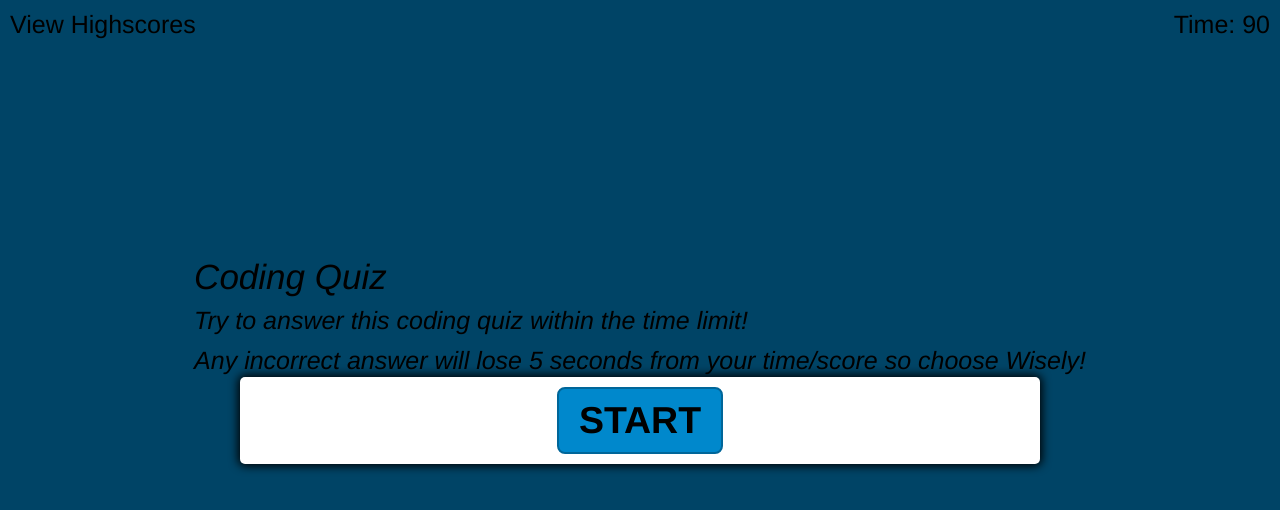
Repository: Vshepard879/Code-Quiz
Page: index.html
An editor plug-in stored every save of this project. The page is shown before and after the next save, followed by the edit.
The browser window is 1280 px wide. The pictures show the whole page.

Above is the page before, as saved 2022-03-20 03:32:10.

### index.html
<!DOCTYPE html>
<html lang="en">
<head>
    <meta charset="UTF-8">
    <meta http-equiv="X-UA-Compatible" content="IE=edge">
    <meta name="viewport" content="width=device-width, initial-scale=1.0">
    <link href="./assets/css/style.css" link rel="stylesheet">
    <script defer src="./assets/js/script.js"></script>
    <script defer src="./assets/js/questions.js"></script>
    <title>Quiz App</title>
</head>

<body>
    <header>Coding Quiz
<br>
        <a>
            Try to answer this coding quiz within the time limit!
            <br>
            Any incorrect answer will lose 5 seconds from your time/score so choose Wisely!
        </a>
    </header>
    <div class ="scores"><a href="score.html">View Highscores</a></div>

    <div class="timer">Time: <span id="time">90</span></div>

    <!--Start Quiz Container-->
    <div class="container">
        <div id="question-container" class="hide">
                <div id="question">Question</div>
                <div id="answer-buttons" class="btn-grid">
                <button class="btn">Answer 1</button>
                <button class="btn">Answer 2</button>
                <button class="btn">Answer 3</button>
                <button class="btn">Answer 4</button>
            </div>
        </div>
        <div class="controls counts">
            <button id="start-btn" class="start-btn btn">START</button>
        </div>

        <div id="end-screen" class="hide">
            <h2>All done!</h2>
            <p>Your final score is <span id="final-score"></span>.</p>
            <p>
              Enter initials: <input type="text" id="initials-input-field" max="3" />
              <button id="submit-btn">Submit</button>
            </p>
          </div>



    </div>
</body>
</html>

### assets/css/style.css
*, *::before, *::after {
    box-sizing: border-box;
    font-family: 'Franklin Gothic Medium', 'Arial Narrow', Arial, sans-serif;
    font-size: 25px;
}

:root {
    --hue-neutral: 200;


}

header {
    font-style: italic;
    font-size: 35px;
    position: center;
}
body{
    --hue: var(--hue-neutral);
    padding: 0;
    margin: 0;
    display: flex;
    flex-direction: column;
    width: 100vw;
    height: 100vh;
    justify-content:center;
    align-items:center;
    background-color:hsl(var(--hue), 100%, 20%);
}

.hide {
    display: none;
  }
.scores {
    position: absolute;
    top: 10px;
    left: 10px;
  }

  .timer {
    position: absolute;
    top: 10px;
    right: 10px;}

    a {
        color: black;
        text-decoration: none;
        transition: color 0.1s;
      }

      a:hover {
        color: #70707a;}


 .container {
    width: 800px;
    max-width: 70%;
    background-color: white;
    border-radius: 5px;
    padding: 10px;
    box-shadow: 0 0 10px 2px;
}

.hide {
    display: none;
  }

  .start {
    text-align: center;
  }

  .scores {
    position: absolute;
    top: 10px;
    left: 10px;
    color:aliceblue;
  }



  .timer {
    position: absolute;
    top: 10px;
    right: 10px;
  }

  a {
    color: black;
    text-decoration: none;
    transition: color 0.1s;
  }
.btn-grid {
    display: grid;
    grid-template-columns: repeat(2, auto);
    gap: 15px;
    margin: 20px 0;
}


.btn {
    --hue: var(--hue-neutral);
    border: 2px solid hsl(var(--hue),100%, 30%);
    background-color: hsl(var(--hue), 100%, 40%);
    border-radius: 8px;
    padding: 5px 10px;
    color: black;
    outline: none;
}

.btn:hover {
    border-color: black;
}


.start-btn {
    font-size: 1.5rem;
    font-weight: bold;
    padding: 10px 20px;
}

.controls {
    display: flex;
    justify-content: center;
    align-items: center;
    gap: 5px;
}

.hide {
    display: none;
}

### assets/js/script.js
const startButton = document.getElementById('start-btn');
const questionContainerElement = document.getElementById('question-container');
const questionElement = document.getElementById( 'question');
const answerButtonsElement = document.getElementById('answer-buttons');
var timerEl = document.getElementById('time');
const submitButton = document.getElementById('submit-btn')
const endScreen = document.getElementById('end-screen')
var shuffledQuestions, currentQuestionIndex, currentScore
var timer
var timeRemaining = 90
var initialsInputFieldEl =  document.getElementById('initials-input-field')

startButton.addEventListener('click', startQuiz)
submitButton.addEventListener('click', submitScore)
// function that starts the Quiz

function startQuiz() {
    if (!endScreen.classList.contains('hide')) {
        endScreen.classList.add('hide')
    }


    startButton.classList.add("hide")
    // randomizes question order
    shuffledQuestions = questions.sort(() => Math.random() - .5)
    currentQuestionIndex = 0
    currentScore = 0
    questionContainerElement.classList.remove("hide")
    setNextQuestion()
    startTimer()

}

function startTimer() {
    timeRemaining = 90
    timer = setInterval(updateRemainingTime, 1000)
}

function updateRemainingTime() {
    timeRemaining--
    timerEl.textContent = timeRemaining
    if (timeRemaining <= 0){
        endQuiz()
    }

}

function setNextQuestion() {
    resetState()
    showQuestion(shuffledQuestions[currentQuestionIndex])
    }
function showQuestion(question) {
    questionElement.innerText =question.question
    question.answers.forEach(answer => {
        const button = document.createElement('button')
        button.innerText = answer.text
        button.classList.add('btn')
      if   (answer.correct) {
          button.dataset.correct = answer.correct
      }
      button.addEventListener('click', selectAnswer)
      answerButtonsElement.appendChild(button)
    })
}

function endQuiz() {
    submitButton.classList.remove('hide')
    startButton.innerText = 'Restart'
    startButton.classList.remove('hide')
    questionContainerElement.classList.add('hide')
    endScreen.classList.remove('hide')
    clearInterval(timer)
    var finalScore = document.getElementById('final-score')
    finalScore.textContent = timeRemaining
}

function submitScore() {
    var initials = initialsInputFieldEl.value.trim();
    console.log(initials)
    var newScore = {
        initials: initials,
        score: timeRemaining,
    }

    // get saved scores from local storage, or if not any, set to empty array
    var highScores = JSON.parse(window.localStorage.getItem("highScores")) || [];

    highScores.push(newScore)
    window.localStorage.setItem("highScores", JSON.stringify(highScores));

    submitButton.classList.add('hide')
}
// this function is used to reset each question
function resetState() {
    while (answerButtonsElement.firstChild) {
        answerButtonsElement.removeChild
        (answerButtonsElement.firstChild)
    }
}

function selectAnswer(v) {
    const selectedButton = v.target
    const correct = selectedButton.dataset.correct
    currentQuestionIndex++

    if (correct) {
        console.log("correct!")
    } else {
        // decrease time
        timeRemaining = timeRemaining - 5
        timerEl.textContent = timeRemaining
        if(timeRemaining <= 0){
            endQuiz();
        }
    }

    if (shuffledQuestions.length - 1 < currentQuestionIndex ) {
        endQuiz();
    } else {

        setNextQuestion()
    }
}

### assets/js/questions.js
// the arrays of questions and answers
const questions = [
    {
        question: 'Which of these is not one of the 3 Initial coding languages?',
        answers: [
            { text:'Python', correct: true},
            { text:'HTML', correct: false},
            { text:'CSS', correct: false},
            { text:'JavaScript', correct: false},
        ]
    },
    {
        question: 'What does the C in CSS stand for?',
        answers: [
            { text:'Chocolate', correct: false},
            { text:'Corporate', correct: false},
            { text:'Cascading', correct: true},
            { text:'Computer', correct: false},
        ]
    },
    {
        question: 'Arrays in Javascript can be used to store?',
        answers: [
            { text:'Numbers and Strings', correct: false},
            { text:'Booleans', correct: false},
            { text:'Other Arrays', correct: false},
            { text:'All of the above', correct: true},
        ]
    },
    {
        question: 'The condition in an if/else statement are store in?',
        answers: [
            { text:'Parenthesis', correct: true},
            { text:'curly brackets', correct: false},
            { text:'brackets', correct: false},
            { text:'commas', correct: false},
        ]},
        {
            question: 'A very useful tool during the development and debugging stage used to print to the debugger is?',
            answers: [
                { text:'Array', correct: false},
                { text:'.dataset', correct: false},
                { text:'console.log', correct: true},
                { text:'=>', correct: false},
            ]},
            {
                question: 'Commonly used data types do not include?',
                answers: [
                    { text:'Booleans', correct: false},
                    { text:'Strings', correct: false},
                    { text:'Numbers', correct: false},
                    { text:'Alerts', correct: true},
                ]},
            ]

After the next save:
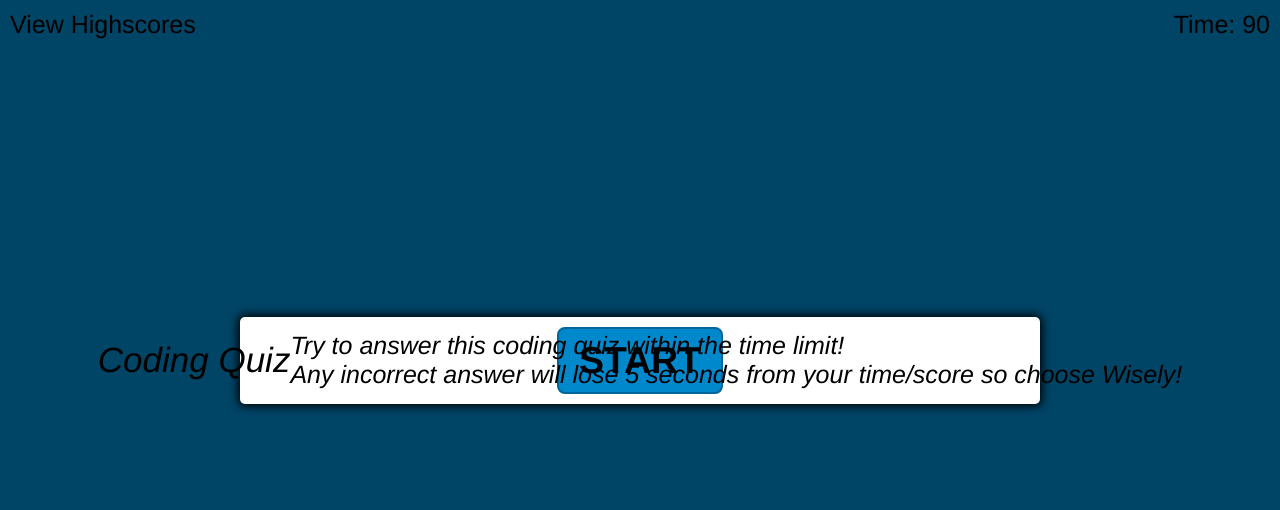
Saved 81 s later.
--- a/assets/css/style.css
+++ b/assets/css/style.css
@@ -13,7 +13,10 @@
 header {
     font-style: italic;
     font-size: 35px;
-    position: center;
+    display: flex;
+    position: absolute;
+    align-items:center
+
 }
 body{
     --hue: var(--hue-neutral);
